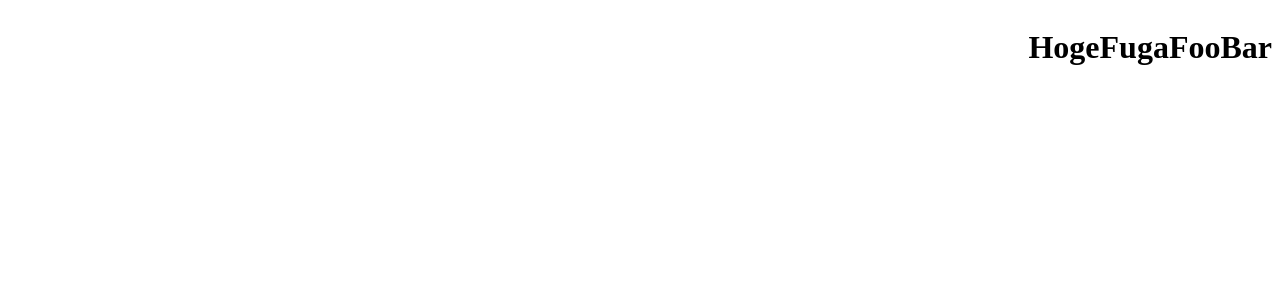
Repository: takahiro-djk/samurai_HTML-CSS
Page: New Folder/ :first-child.html
The author's editor kept a record of every edit. The page is drawn from the files as they stood at one moment, then again after the next edit.
The browser window is 1280 px wide. The pictures show the whole page.

Above is the page before.

After the next edit:
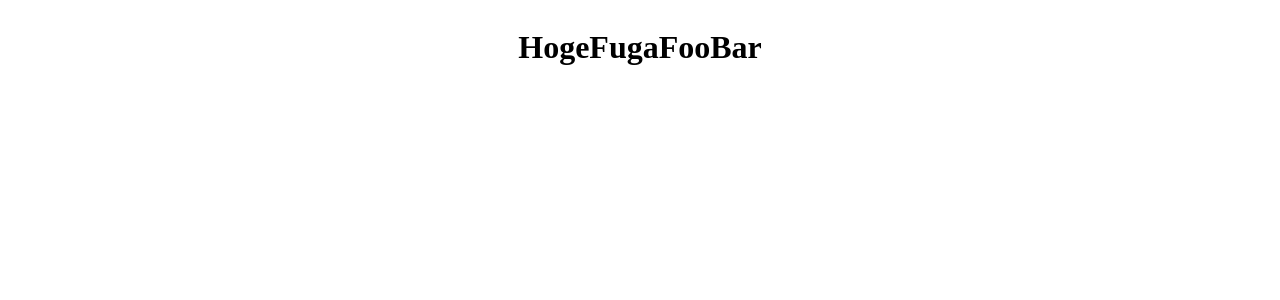
The edit:
--- a/New Folder/ :first-child.html
+++ b/New Folder/ :first-child.html
@@ -4,7 +4,7 @@
         <style>
             #center {
                 display: flex;
-                justify-content: flex-end;
+                justify-content: center;
             }
         </style>
     </head>
